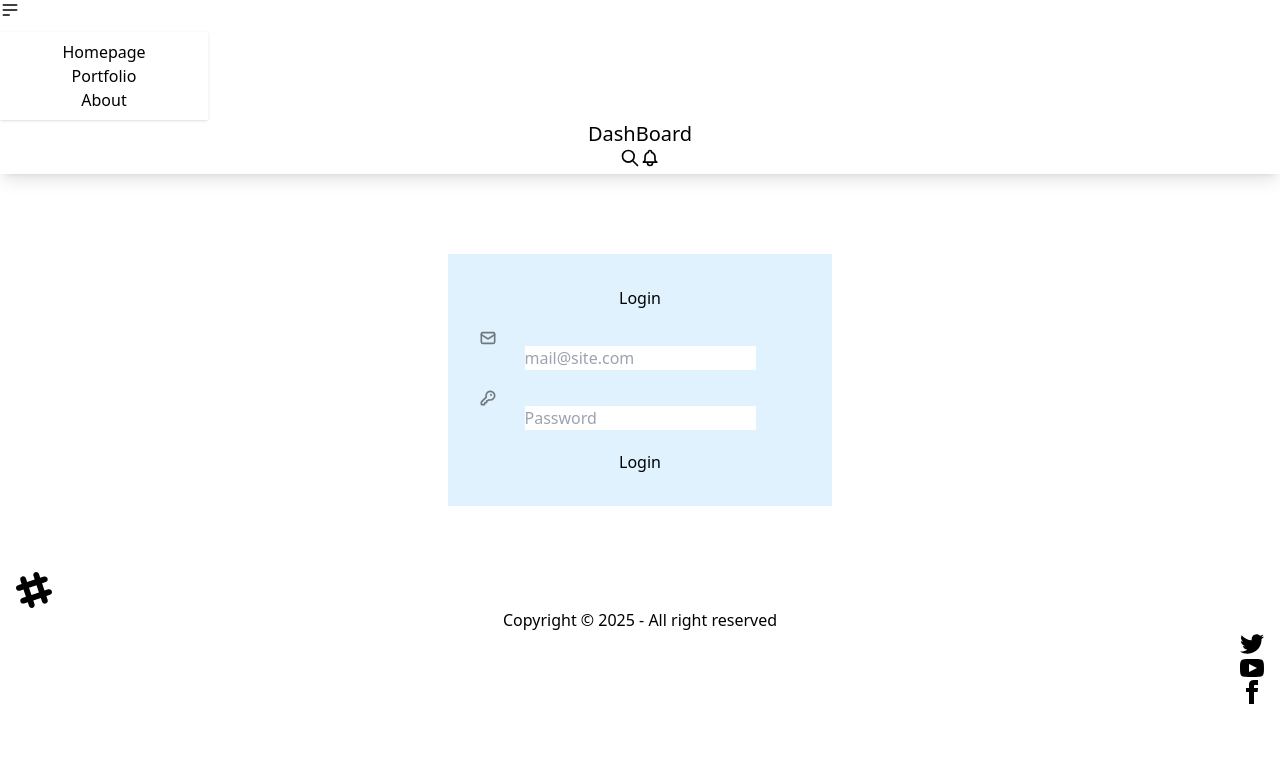
Repository: ROHIT8804/devTinderFrontEnd
Page: /login (app in devTinder-Web/)
The author's editor kept a copy of each file at every save. The page is drawn from the files as they stood at one save, then again after the next save.
The browser window is 1280 px wide. The pictures show the whole page.
The project was rebuilt for these pictures with package versions that can differ from the ones it lists, and the page was loaded fresh each time. Also part of the build but not shown: devTinder-Web/vite.config.js, devTinder-Web/src/Profile.jsx.

Above is the page before, as saved 2025-07-26 17:08:13.

After the next save:
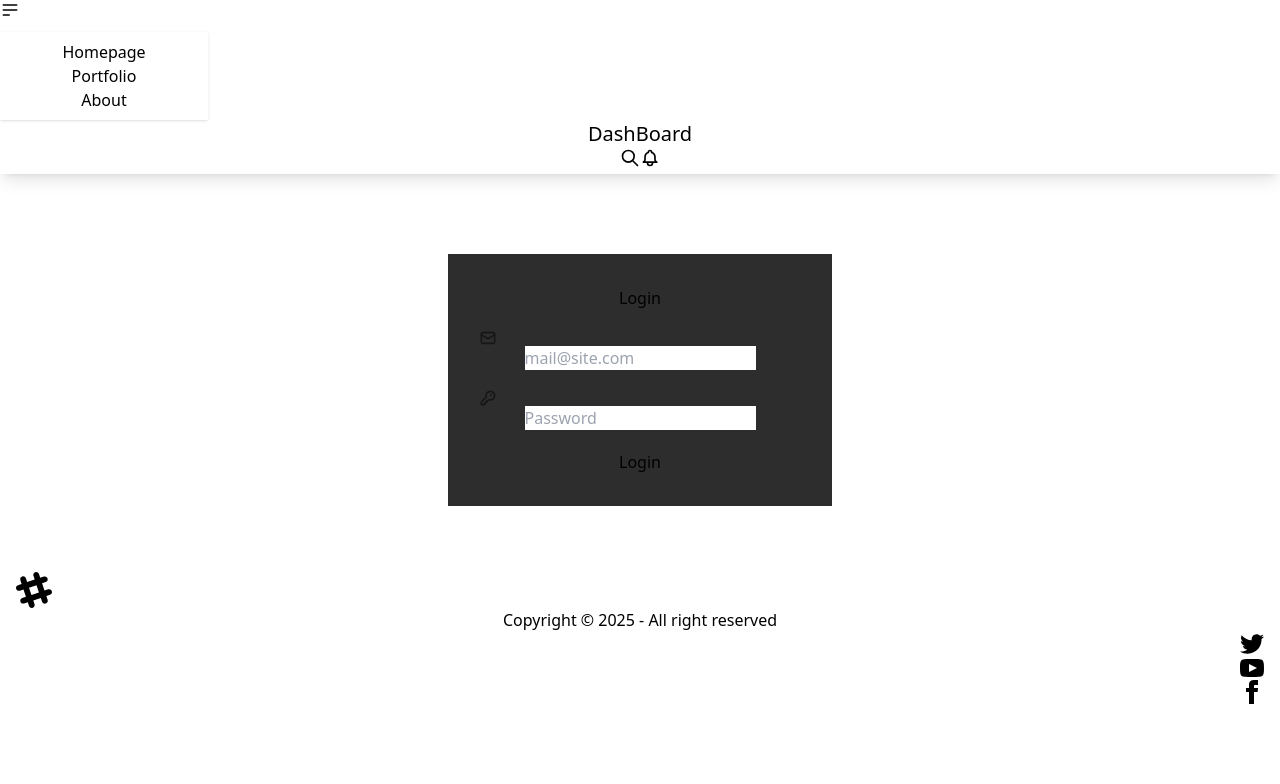
Saved 2 h 26 min later.
--- a/devTinder-Web/src/Login.jsx
+++ b/devTinder-Web/src/Login.jsx
@@ -1,6 +1,6 @@
 function Login() {
   return (
-    <div className="card card-border bg-base-100 w-96" style={{ backgroundColor: "#e0f2fe" }}>
+    <div className="card card-border bg-base-100 w-96" style={{ backgroundColor: "#2d2d2d" }}>
         <h2 className="card-title justify-center">Login</h2>
       <div className="card-body">
         <div class="mt-5">

After the save that followed:
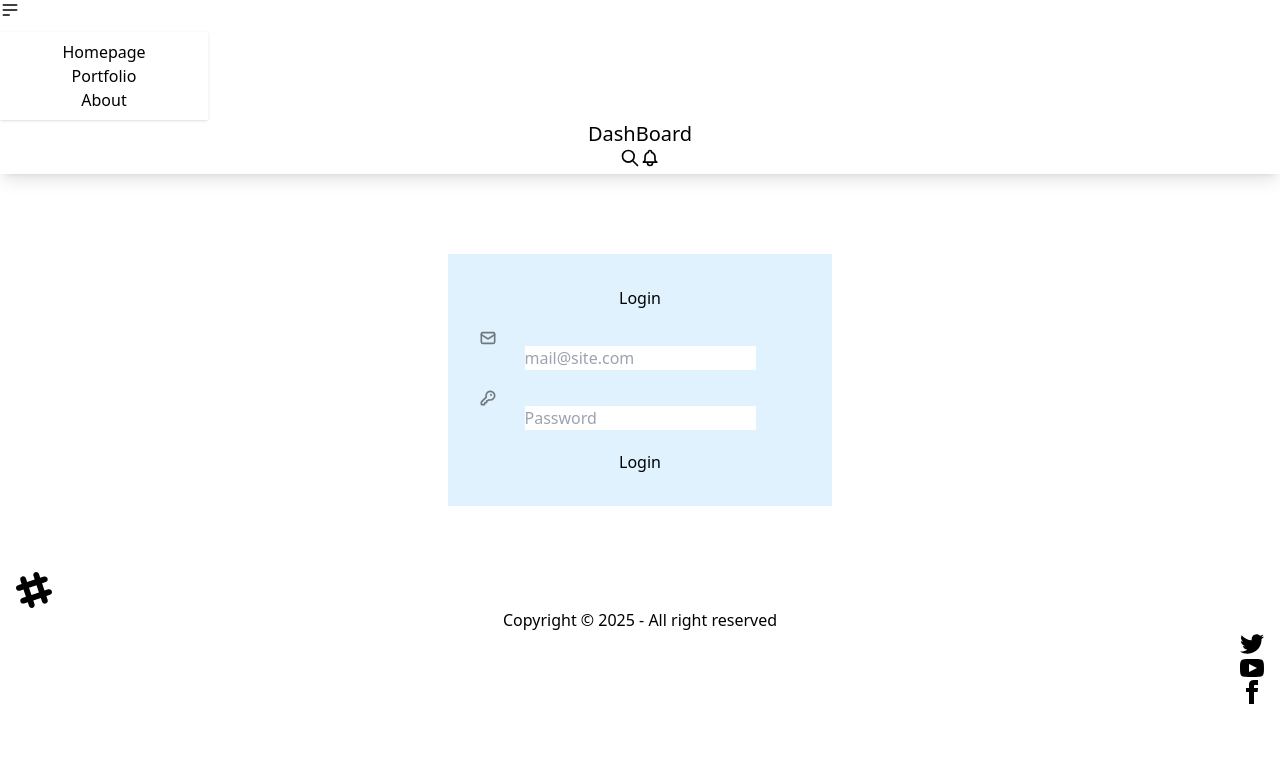
Saved 2 min 13 s later.
--- a/devTinder-Web/src/Login.jsx
+++ b/devTinder-Web/src/Login.jsx
@@ -1,6 +1,6 @@
 function Login() {
   return (
-    <div className="card card-border bg-base-100 w-96" style={{ backgroundColor: "#2d2d2d" }}>
+    <div className="card card-border bg-base-100 w-96" style={{ backgroundColor: "#e0f2fe" }}>
         <h2 className="card-title justify-center">Login</h2>
       <div className="card-body">
         <div class="mt-5">
